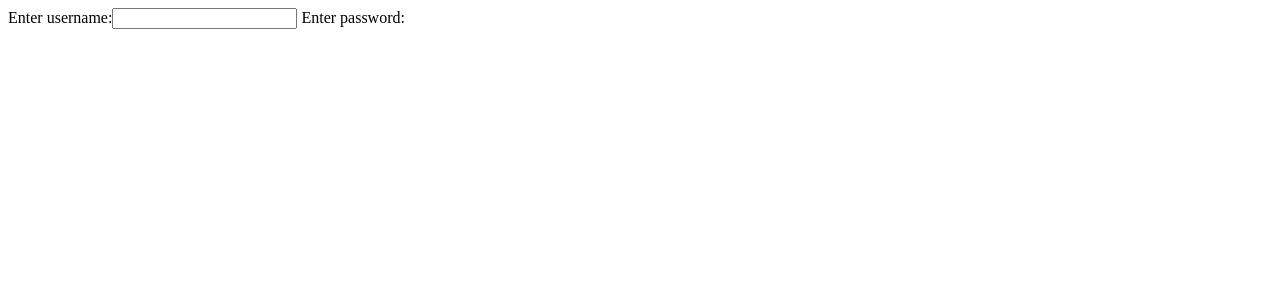
Repository: 18ucs096/Servelts
Page: http://localhost/LoginModule/login.jsp
These files come from the project's save history. The page is drawn as it stood at one moment and after the next save; the edit follows.
The browser window is 1280 px wide. The pictures show the whole page.
The page is served by Tomcat 9. Other server files are loaded and not shown.

Above is the page before, as saved 2021-04-23 17:01:15.

### LoginModule/WebContent/login.jsp
<%@ page language="java" contentType="text/html; charset=ISO-8859-1"
    pageEncoding="ISO-8859-1"%>
<!DOCTYPE html>
<html>
<head>
<meta charset="ISO-8859-1">
<title>Insert title here</title>
</head>
<body>
	<form action="Login">
		Enter username:<input type="text" name="uname">
		Enter password:
	</form>
</body>
</html>

After the next save:
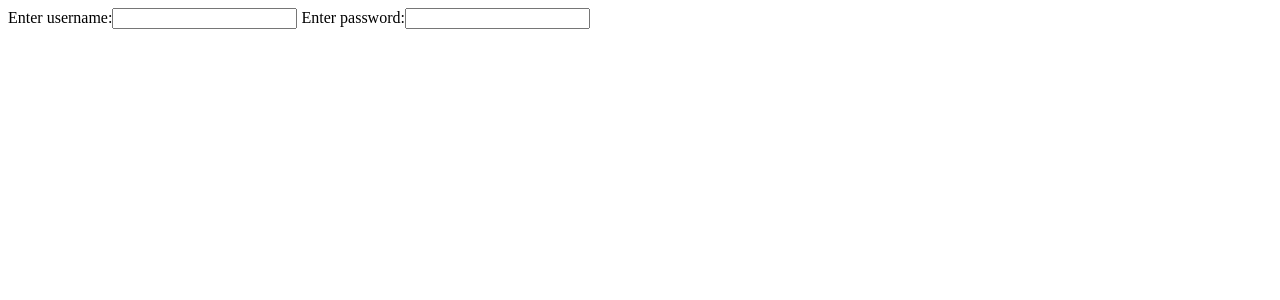
Saved 24 s later.
--- a/LoginModule/WebContent/login.jsp
+++ b/LoginModule/WebContent/login.jsp
@@ -9,7 +9,7 @@
 <body>
 	<form action="Login">
 		Enter username:<input type="text" name="uname">
-		Enter password:
+		Enter password:<input type="password" name="pass">
 	</form>
 </body>
 </html>
